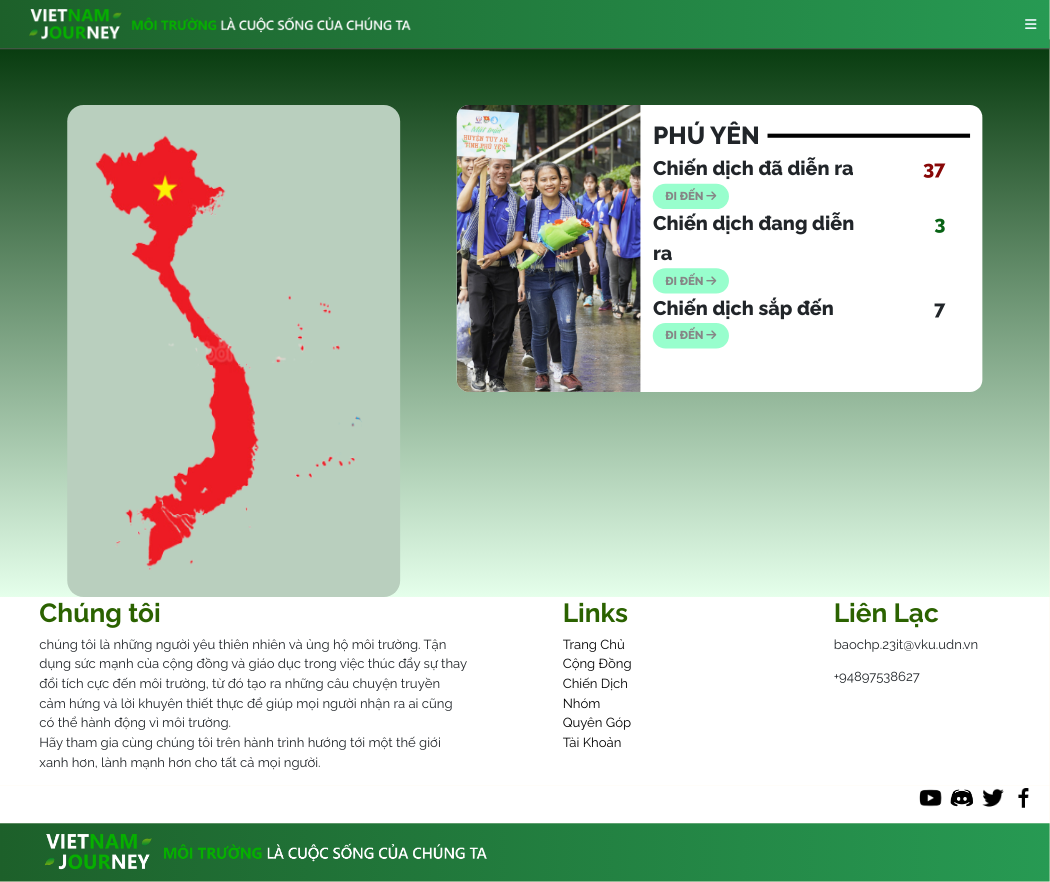
Repository: Boima12/Boima12.github.io_VietnamJourney
Page: HTML/ChienDich/ChienDich.html
These files come from the project's save history. The page is drawn as it stood at one moment and after a run of saves; the edit follows.
The browser window is 1280 px wide. The pictures show the whole page, at 82% of full size.

Above is the page before, as saved 2024-05-25 08:05:02.

### HTML/ChienDich/ChienDich.html
<!DOCTYPE html>
<HTML lang="en">

<HEAD>
    <TITLE>Chiến Dịch</TITLE>
    <meta charset="UTF-8">
    <meta name="viewport" content="width=device-width, initial-scale=1.0">

    <!-- CSS -->
    <link rel="stylesheet" href="ChienDich.css">

    <!-- Favicon -->
    <link rel="icon" type="image/x-icon" href="../../Images/yo.ico">

    <!--Bootstrap 5-->
    <link href="https://cdn.jsdelivr.net/npm/bootstrap@5.3.3/dist/css/bootstrap.min.css" rel="stylesheet">
    <script src="https://cdn.jsdelivr.net/npm/bootstrap@5.3.3/dist/js/bootstrap.bundle.min.js"></script>
    <!-- <link rel="stylesheet" href="https://cdn.jsdelivr.net/npm/bootstrap@4.6.2/dist/css/bootstrap.min.css" integrity="sha384-xOolHFLEh07PJGoPkLv1IbcEPTNtaed2xpHsD9ESMhqIYd0nLMwNLD69Npy4HI+N" crossorigin="anonymous"> -->
    <!-- Font Awesome -->
    <link rel="stylesheet" href="https://cdnjs.cloudflare.com/ajax/libs/font-awesome/6.5.1/css/all.min.css">
</HEAD>



<BODY style="background-color: #FFF4E6;">

    <!-- header là Navigation bar -->
    <header id="header1">
        <div class="logo">
            <img class="logo1" src="../../Images/header1.png" onclick="navToIntro()" style="height: 40px;">
            <img class="logo2" src="../../Images/header2.png" onclick="navToIntro()">
        </div>

        <div class="links">
            <nav>
                <a href="../TrangChu/TrangChu.html">TRANG CHỦ</a>
                <a href="../CongDong/CongDong.html">CỘNG ĐỒNG</a>
                <a href="../ChienDich/ChienDich.html">CHIẾN DỊCH</a>
                <a href="../Nhom/Nhom.html">NHÓM</a>
                <a href="../QuyenGop/QuyenGop.html">QUYÊN GÓP</a>
                <a href="../TaiKhoan/TaiKhoan.html">TÀI KHOẢN</a>
            </nav>
        </div>

        <div class="bar" onclick="MenuBar()">
            <i class="fa-solid fa-bars"></i>
        </div>

        <div id="overlay"></div>

        <div id="sidebar">
            <div class="sidebar-content">

                <div style="color: aliceblue;text-align: right;margin-top:0;" onclick="CloseBar()"><i
                        class="fa-solid fa-bars"></i></div>

                <!-- <p>VỀ CHÚNG TÔI <i class="fa-regular fa-address-card"></i></p> -->
                <a href="../TrangChu/TrangChu.html">TRANG CHỦ <i class="fa-solid fa-house"></i></a>
                <a href="../CongDong/CongDong.html">CỘNG ĐỒNG <i class="fa-solid fa-earth-americas"></i></a>
                <a href="../ChienDich/ChienDich.html">CHIẾN DỊCH <i class="fa-solid fa-fire"></i></a>
                <a href="../Nhom/Nhom.html">NHÓM <i class="fa-solid fa-people-group"></i></a>
                <a href="../QuyenGop/QuyenGop.html">QUYÊN GÓP <i class="fa-solid fa-hand-holding-dollar"></i></a>
                <a href="../TaiKhoan/TaiKhoan.html">TÀI KHOẢN <i class="fa-solid fa-user"></i></a>
            </div>

        </div>

    </header>
    <div style="height: 3rem;"></div> <!-- Cách một khoảng cho navigation bar -->















<!-- LÀM Ở ĐÂY -->
    <div class="section-one">
        <div class="container">
            <div class="row">
                <div class="col-xl-5  col-lg-5 col-md-12 col-sm-12 col-12">
                    <div class="map">
                        <img src="./images/bando.png" alt="bản đồ việt nam">
                    </div>
                </div>
                <div class="col-xl-7 col-lg-7 col-md-12 col-sm-12 col-12">
                    <div class="right">
                        <div class="search">
                            <div class="inner-search"></div>
                            <div class="inner-combobox"></div>
                        </div>
                        <div class="content">
                            <img src="./images/anh1.jpg" alt="">
                            <div class="inner-content">
                                <div class="inner-title">
                                    <div class="inner-text">PHÚ YÊN</div>
                                    <div class="inner-line"></div>
                                </div>
                                <div class="part">
                                    <div class="inner-content">
                                        <div class="inner-title">Chiến dịch đã diễn ra</div>
                                        <div class="inner-button">ĐI ĐẾN <i class="fa-solid fa-arrow-right"></i></div>
                                    </div>
                                    <div class="inner-count red">37</div>
                                </div>
                                <div class="part">
                                    <div class="inner-content">
                                        <div class="inner-title">Chiến dịch đang diễn ra</div>
                                        <div class="inner-button">ĐI ĐẾN <i class="fa-solid fa-arrow-right"></i></div>
                                    </div>
                                    <div class="inner-count green">3</div>
                                </div>
                                <div class="part">
                                    <div class="inner-content">
                                        <div class="inner-title">Chiến dịch sắp đến</div>
                                        <div class="inner-button">ĐI ĐẾN <i class="fa-solid fa-arrow-right"></i></div>
                                    </div>
                                    <div class="inner-count yellow">7</div>
                                </div>
                            </div>
                        </div>
                    </div>
                </div>
            </div>
        </div>
    </div>















    <footer>
        <div class="up">
            <div id="about">
                <h2>Chúng tôi</h2>
                <p>chúng tôi là những người yêu thiên nhiên và ủng hộ môi trường. Tận dụng sức mạnh của cộng đồng và giáo dục trong việc thúc đẩy sự thay đổi tích cực đến môi trường, từ đó tạo ra những câu chuyện truyền cảm hứng và lời khuyên thiết thực để giúp mọi người nhận ra ai cũng có thể hành động vì môi trường.<br>
                    Hãy tham gia cùng chúng tôi trên hành trình hướng tới một thế giới xanh hơn, lành mạnh hơn cho tất cả mọi người.
                </p>
            </div>

            <div id="quickLinks">
                <h2>Links</h2>
                <a href="../../HTML/TrangChu/TrangChu.html">Trang Chủ</a>
                <a href="../../HTML/CongDong/CongDong.html">Cộng Đồng</a>
                <a href="../../HTML/ChienDich/ChienDich.html">Chiến Dịch</a>
                <a href="../../HTML/Nhom/Nhom.html">Nhóm</a>
                <a href="../../HTML/QuyenGop/QuyenGop.html">Quyên Góp</a>
                <a href="../../HTML/TaiKhoan/TaiKhoan.html">Tài Khoản</a>
            </div>

            <div id="contacts">
                <h2>Liên Lạc</h2>
                <p>baochp.23it@vku.udn.vn</p>
                <p>+94897538627</p>
            </div>
        </div>


        <div class="mid">
            <a href="https://www.youtube.com/channel/UC1cpkfqLNp6I1HgNy2MUhUg"><img src="../../Images/youtube_icon.png"></a>
            <a href="https://discord.com/invite/45fkbZcj"><img src="../../Images/discord_icon.png"></a>
            <a href="https://x.com/dog_rates"><img src="../../Images/twitter_icon.png"></a>
            <a href="https://web.facebook.com/vku.udn.vn/?_rdc=1&_rdr"><img src="../../Images/facebook_icon.png"></a>
        </div>


        <div class="bot">
            <img class="logo1" src="../../Images/header1.png">
            <img class="logo2" src="../../Images/header2.png">
        </div>
    </footer>


    <!-- JavaScript -->
    <script src="../../Script/ChienDich.js"></script>
    <noscript>Your Browser doesn't support JavaScript</noscript>

</BODY>

</HTML>

### HTML/ChienDich/ChienDich.css
/* IMPORTING */
@font-face {
    font-family: Raleway;
    src: url("../../Fonts/Raleway-VariableFont_wght.ttf");
}

/* END IMPORTING */

/*BASE*/
* {
    box-sizing: border-box;
}

:root {
    --color-bg: #05390C;
    --color-green: #00FF0A;
    --color-text: #000000;
    --color-desc: #868686;
  }

body {
    color: var(--color-text);
}

/*BASE*/

/* Loại bỏ margin - padding global */
* {
    margin: 0px;
    padding: 0px;
}


/* global font */
* {
    font-family: Raleway;
}



/* NAVIGATION BAR */
header {
    display: flex;
    align-items: center;
    justify-content: space-between;
    position: fixed;
    width: 100%;
    height: 60px;
    border-bottom: 1.5px solid rgb(97, 94, 94);
    background: linear-gradient(to right, rgb(29, 96, 42), rgb(39, 154, 83));
    z-index: 999;
}


header div.logo img {
    width: auto;
    height: 2.9rem;
    /* margin-left: 3rem; */
}

header div.logo img.logo1 {
    display: block;
    padding-left: 10px;
    margin: 20px;
}

header div.logo img.logo2 {
    display: none;
}


header div.links nav {
    display: flex;
    justify-content: space-around;
    width: 100%;
}


header div.links nav a {
    margin: 0;
    padding: 0 1rem;

    cursor: pointer;

    text-decoration: none;
    color: white;
    font-size: 16px;
    font-weight: 600;
}


header div.links nav a:hover {
    color: #b8e994;
}


header div.bar {
    display: none;
    margin-right: 1rem;

    color: aliceblue;
    text-align: right;
}


header #overlay {
    display: none;
    position: fixed;

    top: 0;
    left: 0;
    width: 100%;
    height: 100%;

    background-color: rgba(0, 0, 0, 0.8);

    z-index: 9999;
}


header #sidebar {
    display: flex;
    justify-content: flex-end;
    float: right;

    position: fixed;

    top: 0;
    right: -20%;
    width: 20%;
    height: 100%;
    border: none;
    overflow: hidden;

    background: linear-gradient(to top, rgb(37, 79, 46), rgb(53, 189, 105));

    transition: right 0.3s ease-in-out;
    z-index: 10000;

}


header #sidebar.open {
    right: 0;
}


header #sidebar div.sidebar-content {
    display: flex;
    flex-direction: column;
    overflow-y: auto;
    overflow-x: hidden;
    padding: 1.5rem;
    width: 100%;
}


header #sidebar div.sidebar-content a {
    text-align: right;
    text-decoration: none;
    font-size: 1.2rem;

    color: aliceblue;
    margin-top: 1.5rem;

    margin-right: 0;
}


header #sidebar div.sidebar-content a:hover {
    color: #b8e994;
}


header #sidebar div.sidebar-content i {
    font-size: smaller;
}

/* END NAVIGATION BAR */

/* SECTION-ONE */
.section-one {
    background-image: linear-gradient(to bottom, #05390C, #E5FFEB);
    padding-top: 80px;
}

.map {
    width: 90%;
    position: relative;
    border-radius: 20px;
    max-width: 100%;
    overflow: hidden;
    height: 600px;
    object-fit: cover;
    background-color: #b9cfbe ;
}

.map img {
    width: 100%;
    height: 100%;
}

.right {
    height: 600pxx;
}

.right .content {
    display: flex;
    border-radius: 15px;
    overflow: hidden;
    height: 350px;
    background-color: white;
}

.right .content img {
    width: 35%;
    height: auto;
    object-fit: cover;
}

.right .content .inner-content {
    width: 65%;
    padding: 15px;
}

.right .content .inner-content .inner-title {
    width: 100%;
    font-size: 30px;
    font-weight: 800;
    display: flex;
    align-items: center;
}

.right .content .inner-content .inner-title .inner-text {
    display: inline-block;
}

.right .content .inner-content .inner-title .inner-line {
    flex-grow: 1;
    position: relative;
    height: 5px;
    background-color: #000000;
    line-height: 100%;
    margin-left: 10px;
}

.right .content .inner-content .part {
    width: 100%;
    display: flex;
    justify-content: space-between;
}

.right .content .inner-content .part .inner-content {
    padding: 0;
}

.right .content .inner-content .part .inner-content .inner-title{
    font-size: 24px;
}

.right .content .inner-content .part .inner-content .inner-button {
    font-size: 14px;
    font-weight: 800;
    color: var(--color-desc);
    background-color: #98FECD;
    display: inline-block;
    padding: 5px 15px 5px 15px;
    border-radius: 20px;
}

.right .content .inner-content .part .inner-count {
    font-size: 24px;
    font-weight: 800;
    text-align: center;
    margin-right: 30px;
}

.right .content .inner-content .part .red {
    color: #880707;
}

.right .content .inner-content .part .green {
    color: #086214;
}

/* END SECTION-ONE */











































/* Code CSS ở đây */






































/* FOOTER */
footer div.up {
    display: flex;
    justify-content: space-around;
    gap: 1.2rem;
    width: 100%;

    background-color: white;

}


footer div.up h2 {
    font-weight: bold;
    color: #2B6200;
}


footer div.up #about {
    display: flex;
    flex-direction: column;
    justify-content: flex-start;

    width: 50%;
    padding-left: 3rem;
    padding-right: 3rem;
}


footer div.up #quickLinks {
    display: flex;
    flex-direction: column;
    justify-content: flex-start;

    width: 25%;
    padding-left: 3rem;
    padding-right: 3rem;
}


footer div.up #quickLinks a {
    text-decoration: none;
    color: black;
}


footer div.up #contacts {
    display: flex;
    flex-direction: column;
    justify-content: flex-start;

    width: 25%;
    padding-left: 3rem;
    padding-right: 3rem;
}


footer div.mid {
    display: flex;
    justify-content: flex-end;
    gap: 0.5rem;

    width: 100%;
    padding-right: 1rem;
    padding-bottom: 1rem;
    background-color: white;
}


footer div.mid a img {
    width: 30px;
    height: 30px;
}


footer div.bot {
    display: flex;
    justify-content: flex-start;

    padding-left: 3rem;
    padding-top: 0.75rem;
    padding-bottom: 0.75rem;
    width: 100%;

    background: linear-gradient(to right, rgb(29, 96, 42), rgb(39, 154, 83));
}


footer div.bot img {
    width: auto;
    height: 2.9rem;
}


footer div.bot img.logo1 {
    display: block;
}


footer div.bot img.logo2 {
    display: none;
}


/* END FOOTER */













/* RESPONSIVE DESIGN */
@media (max-width: 1380px) {
    header div.links nav a {
        display: none;
    }

    header div.bar  {
        display: block;
    }

    header #sidebar {
        right: -30%;
        width: 30%;
    }
}


@media (max-width: 950px) {
    footer div.up {
        flex-direction: column;
    }

    footer div.up #about {
        width: 100%;
    }

    footer div.up #quickLinks {
        width: 100%;
    }

    footer div.up #contacts {
        width: 100%;
    }
}


@media (max-width: 630px) {
    header {
        height: 3.5rem;
    }

    header div.logo img.logo1 {
        display: none;
    }

    header div.logo img.logo2 {
        display: block;
    }

    header div.logo img {
        width: auto;
        height: 3.5rem;
        margin-left: 14rem;
    }

    header #sidebar {
        right: -50%;
        width: 50%;
    }

    footer div.bot {
        justify-content: center;
        padding-left: 0rem;
    }

    footer div.bot img {
        height: 3.5rem;
    }

    footer div.bot img.logo1 {
        display: none;
    }

    footer div.bot img.logo2 {
        display: block;
    }
}


@media (max-width: 560px) {
    header div.logo img {
        margin-left: 8rem;
    }

    header #sidebar {
        right: -60%;
        width: 60%;
    }
}


@media (max-width: 320px) {
    header div.logo img {
        margin-left: 5rem;
    }
}

/* END RESPONSIVE DESIGN */

### Script/ChienDich.js
// header menu bar
const overlay = document.getElementById('overlay');
const sidebar = document.getElementById('sidebar');

function MenuBar() {
    overlay.style.display = 'block';
    sidebar.classList.add('open');
}

function CloseBar() {
    overlay.style.display = 'none';
    sidebar.classList.remove('open');
}


// back to intro when click the logo
function navToIntro() {
    window.location.href = '../../index.html';
}


// navigation bar background transparency
// const header = document.getElementById('header1');
// function toggle_header() {
//     if (window.screenY == 0) {
//         header.style.background = 'linear-gradient(to right, rgba(29, 96, 42, 0), rgba(39, 154, 83, 0))';
//     } else if (window.screenY < 210) {
//         header.style.background = 'linear-gradient(to right, rgba(29, 96, 42, ' + parseInt(window.scrollY)*2 / 300 + '), rgba(39, 154, 83, ' + parseInt(window.scrollY)*2 / 300 + '))';
//     } else {
//         header.style.background = 'linear-gradient(to right, rgba(29, 96, 42, 0.7), rgba(39, 154, 83, 0.7))';
//     }
// }

// window.addEventListener('scroll', toggle_header);

After the next 4 saves:
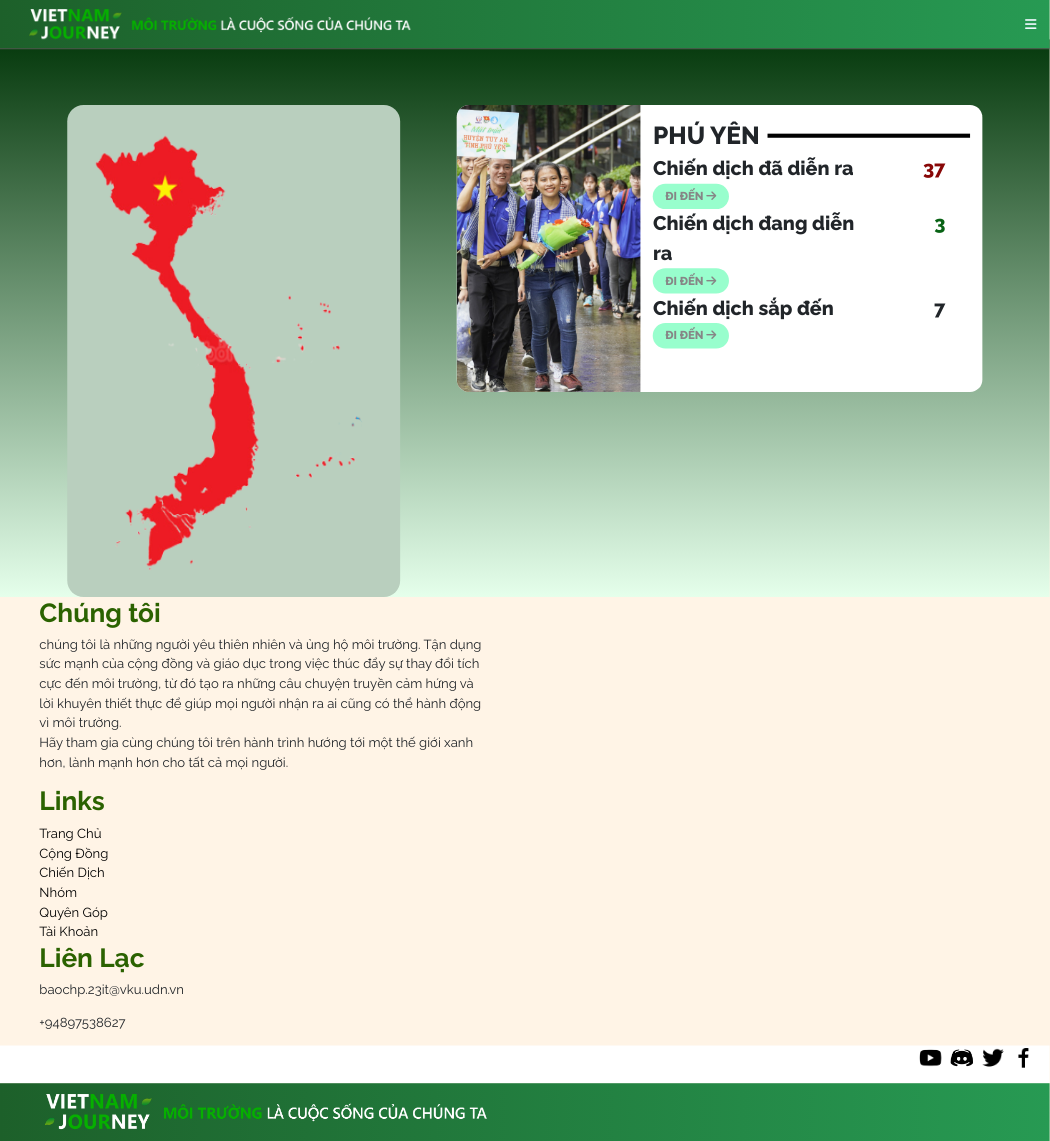
The 4 saves are shown as one change because they came seconds apart.
The last was saved 15 s later.
--- a/HTML/ChienDich/ChienDich.css
+++ b/HTML/ChienDich/ChienDich.css
@@ -283,6 +283,8 @@
     color: #086214;
 }
 
+.right .content .inner-content .part .
+
 /* END SECTION-ONE */
 
 

After the 2 saves that followed:
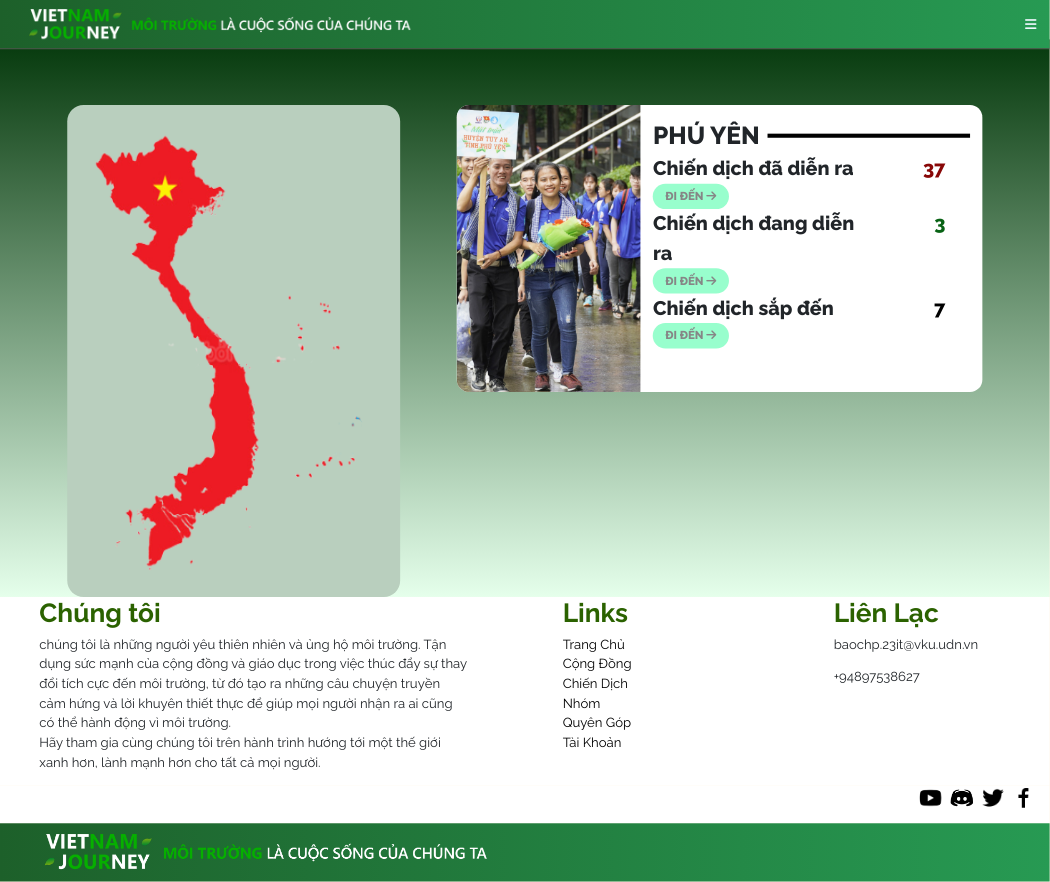
The 2 saves are shown as one change because they came seconds apart.
The last was saved 7 s later.
--- a/HTML/ChienDich/ChienDich.css
+++ b/HTML/ChienDich/ChienDich.css
@@ -283,7 +283,9 @@
     color: #086214;
 }
 
-.right .content .inner-content .part .
+.right .content .inner-content .part .yellow {
+    color: #000000;
+}
 
 /* END SECTION-ONE */
 
